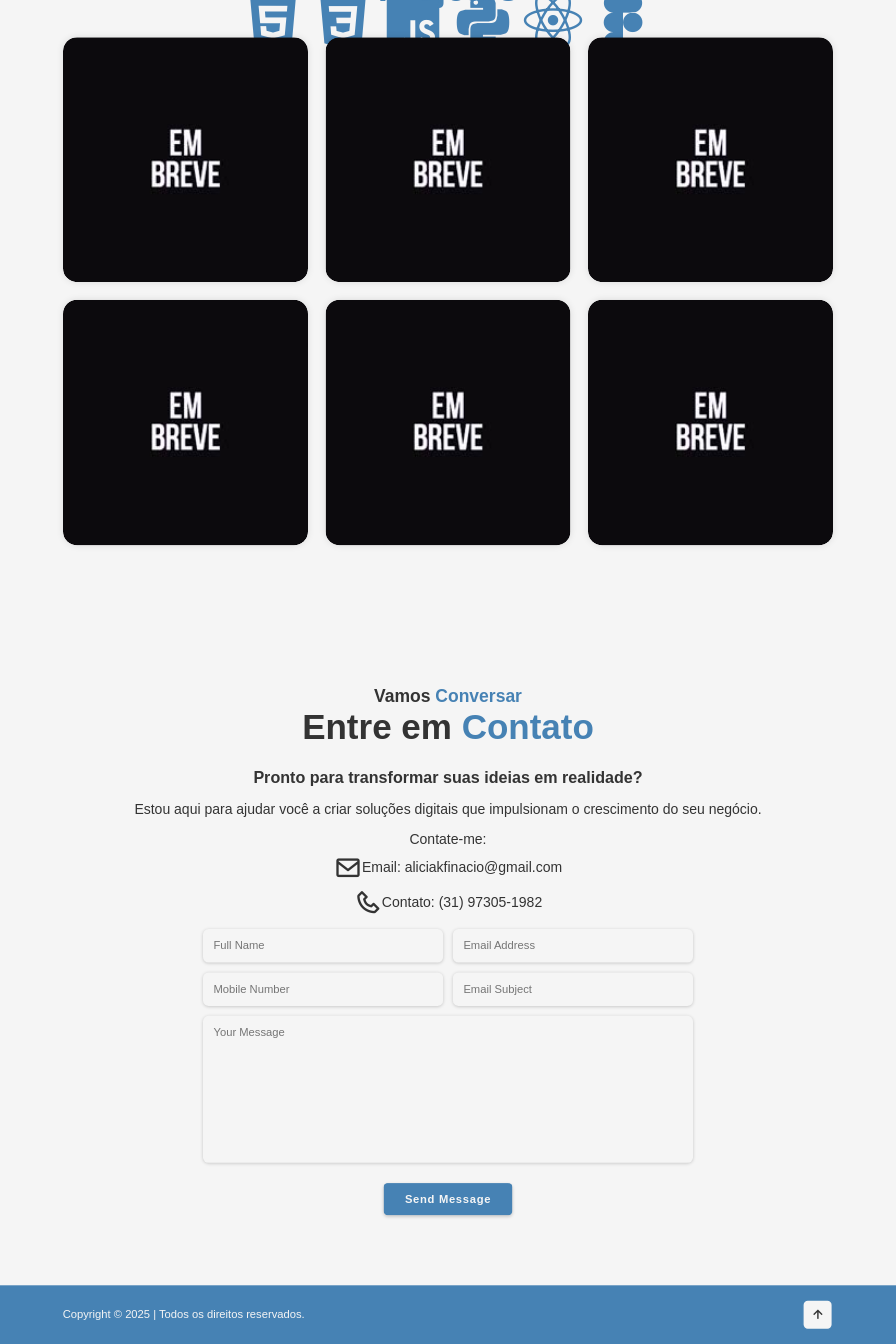
Repository: AliciaKathleen/portfolio-2025
Page: index.html
The author's editor kept a copy of each file at every save. The page is drawn from the files as they stood at one save, then again after the next save.
The browser window is 1280 px wide. The pictures show the part of the page from y = 2533 to 4453 px (the page is 4453 px tall before and 4159 px after), at 70% of full size.

Above is the page before, as saved 2025-01-27 18:33:01.
Console error: TypeError: Cannot read properties of null (reading 'classList')

After the next save:
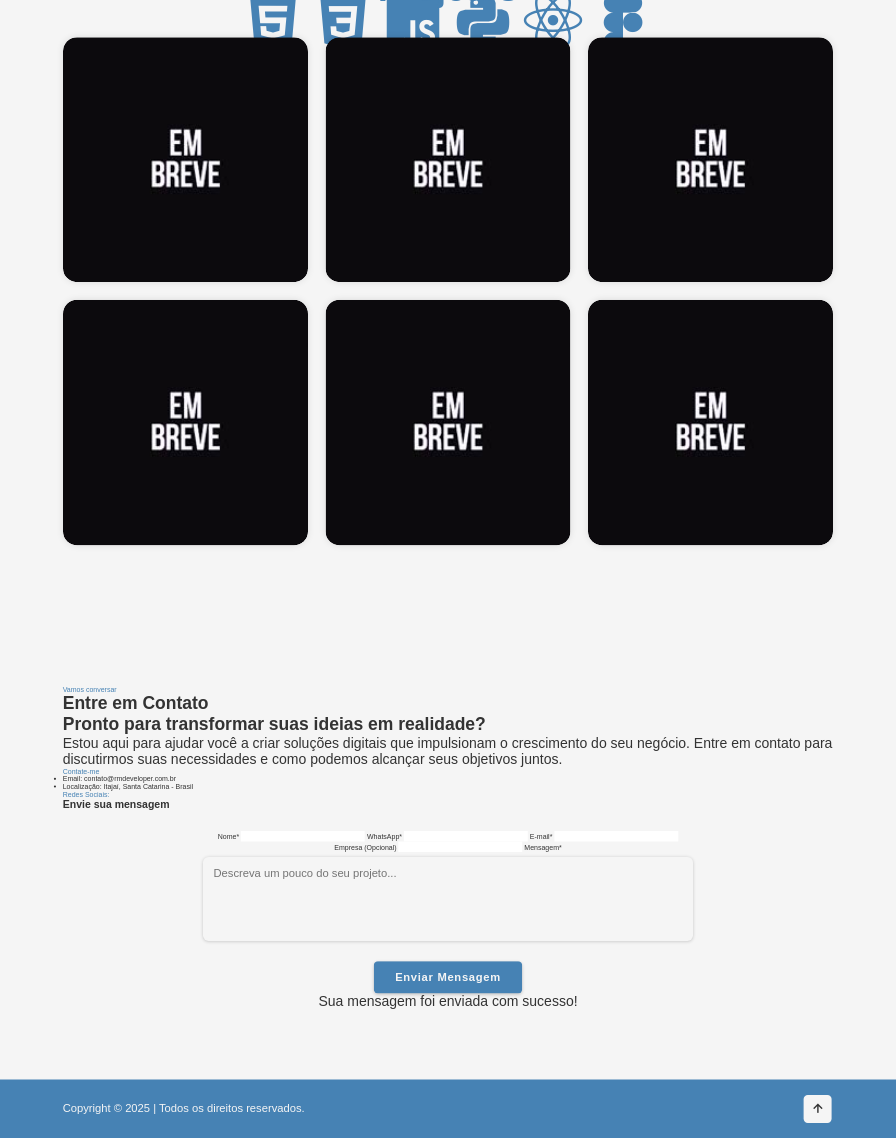
Saved 92 s later.
--- a/index.html
+++ b/index.html
@@ -206,37 +206,61 @@
         </div>
     </section>
 
-    <section class="contact" id="contact">
-        <h1 class="heading">Vamos <span>Conversar</span></h1>
-        <h2 class="heading">Entre em <span>Contato</span></h2>
-
-        <h3 class="heading">Pronto para transformar suas ideias em realidade?</h3>
-        <p class="heading">Estou aqui para ajudar você a criar soluções digitais que impulsionam o crescimento do seu negócio.</p>
-
-        <p class="contact-me">Contate-me:</p>
-        <div class="contact-me">
-            <i class='bx bx-envelope' ></i>
-            <p>Email: aliciakfinacio@gmail.com</p>
-        </div>
-        <div class="contact-me">
-            <i class='bx bx-phone'></i>
-            <p>Contato: (31) 97305-1982</p>
-        </div>
-
-        <form action="#">
-            <div class="input-box">
-                <input type="text" placeholder="Full Name">
-                <input type="email" placeholder="Email Address">
-            </div>
-            <div class="input-box">
-                <input type="number" placeholder="Mobile Number">
-                <input type="text" placeholder="Email Subject">
-            </div>
-            <textarea name="" id="" cols="30" rows="10" placeholder="Your Message"></textarea>
-            <input type="submit" value="Send Message" class="btn">
-        </form>
-    </section>
-
+    <section id="contact" class="contact">
+        <div class="container-contact">
+            <div class="headline" data-aos="fade-up" data-aos-delay="100">
+                <span class="destaque">Vamos conversar</span>
+                <h1>Entre em Contato</h1>
+            </div>
+            <div class="content-contact">
+                <div class="left-contact" data-aos="fade-right" data-aos-delay="200">
+                    <div class="text-contact">
+                        <h1>Pronto para transformar suas ideias em realidade?</h1>
+                        <p>Estou aqui para ajudar você a criar soluções digitais que impulsionam o crescimento do seu negócio. Entre em contato para discutirmos suas necessidades e como podemos alcançar seus objetivos juntos.</p>
+                    </div>
+                    <div class="list-contact">
+                        <span class="destaque">Contate-me</span>
+                        <div class="container-list">
+                            <ul>
+                                <li><i class="fa-solid fa-envelope"></i> Email: contato@rmdeveloper.com.br</li>
+                                <li><i class="fa-solid fa-map-marker-alt"></i> Localização: Itajaí, Santa Catarina - Brasil</li>
+                            </ul>
+                        </div>
+                    </div>
+                    <div class="redes-sociais-contato">
+                        <span class="destaque">Redes Sociais:</span>
+                        <a href="https://github.com/RicardoMouraa" target="_blank"><i class="fab fa-github"></i></a>
+                        <a href="https://www.linkedin.com/in/ricardomouradev/" target="_blank"><i class="fab fa-linkedin"></i></a>
+                        <a href="https://www.tiktok.com/@riicardomoura" target="_blank"><i class="fab fa-tiktok"></i></a>
+                        <a href="https://www.instagram.com/riicardomoura/" target="_blank"><i class="fab fa-instagram"></i></a>
+                    </div>
+                </div>
+
+                <div class="right-contact" data-aos="fade-left" data-aos-delay="300">
+                    <h2>Envie sua mensagem</h2>
+                    <form id="contact-form">
+                        <label for="name">Nome*</label>
+                        <input type="text" name="user_name" required>
+
+                        <label for="whatsapp">WhatsApp*</label>
+                        <input type="tel" name="user_phone" required>
+
+                        <label for="email">E-mail*</label>
+                        <input type="email" name="user_email" required>
+
+                        <label for="company">Empresa (Opcional)</label>
+                        <input type="text" name="subject">
+
+                        <label for="message">Mensagem*</label>
+                        <textarea rows="5" name="message" required placeholder="Descreva um pouco do seu projeto..."></textarea>
+
+                        <button type="submit" class="btn">Enviar Mensagem</button>
+                        <p id="form-success" class="success-message">Sua mensagem foi enviada com sucesso!</p>
+                    </form>
+                </div>
+            </div>
+        </div>
+    </section>
     <footer class="footer">
         <div class="footer-text">
             <p>Copyright &copy; 2025 | Todos os direitos reservados.</p>
